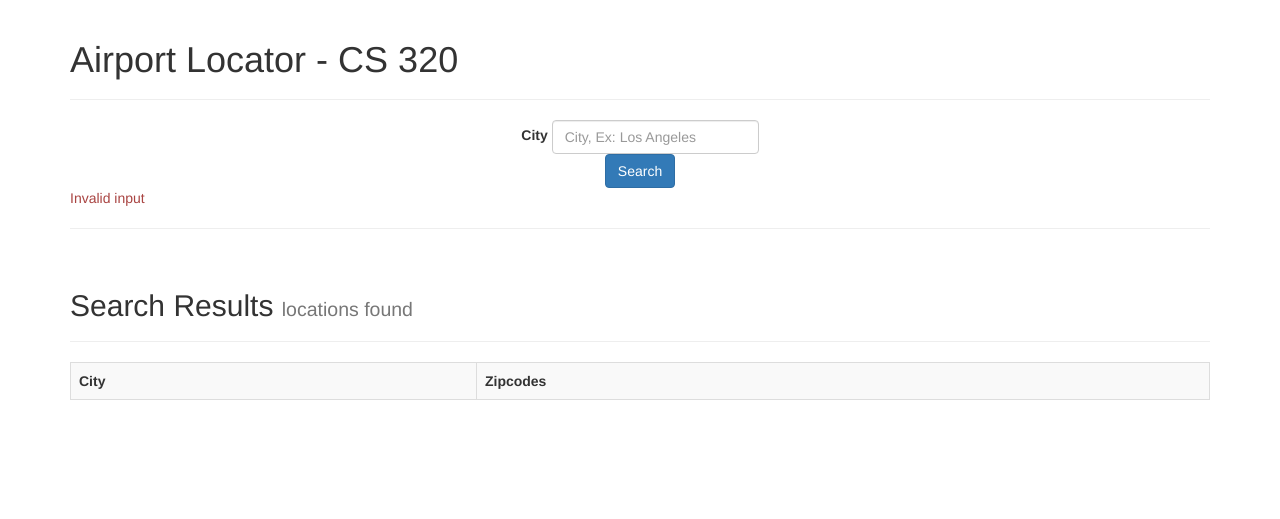
Repository: JamesPatel37/Java-Development-II-III
Page: http://localhost/CS320/ALView.jsp
These files come from the project's save history. The page is drawn as it stood at one moment and after the next save; the edit follows.
The browser window is 1280 px wide. The pictures show the whole page.
The page is served by Tomcat 9. The template is opened directly, without the code that normally fills it, so the values that code supplies are empty.

Above is the page before, as saved 2015-06-14 20:40:35.

After the next save:
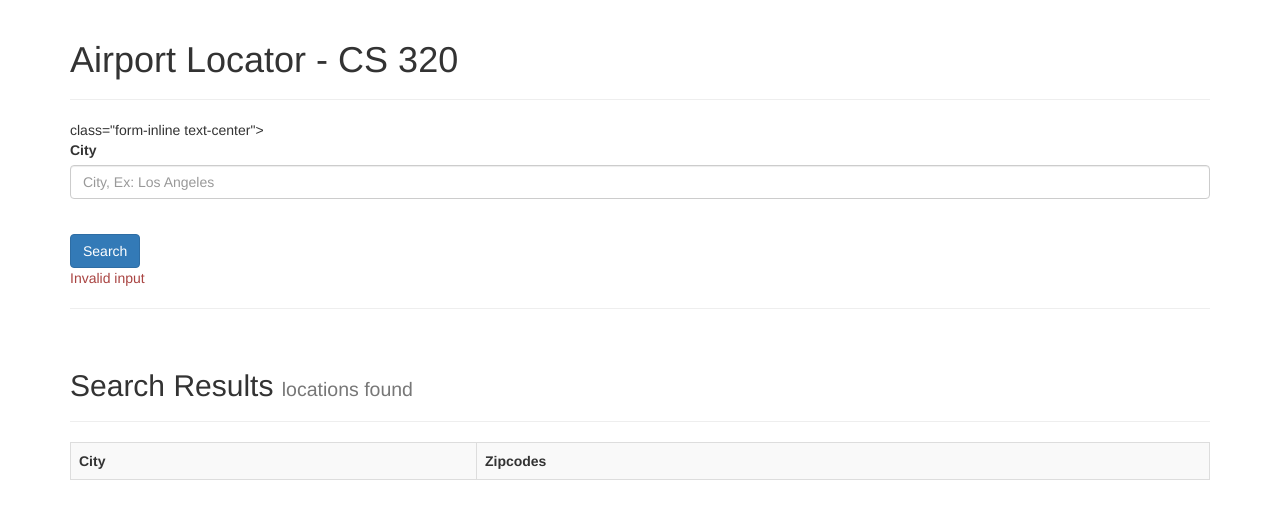
Saved 73 s later.
--- a/Workspace/CS320/WebContent/ALView.jsp
+++ b/Workspace/CS320/WebContent/ALView.jsp
@@ -31,7 +31,7 @@
 			</h1>
 		</div>
 
-		<form action="AirportLocator" method="get"
+		<form action="AirportLocator" method="get">
 			class="form-inline text-center">
 			<!-- div class="form-group">
 				<label for="zip">Zipcode</label> <input type="text"

After the save that followed:
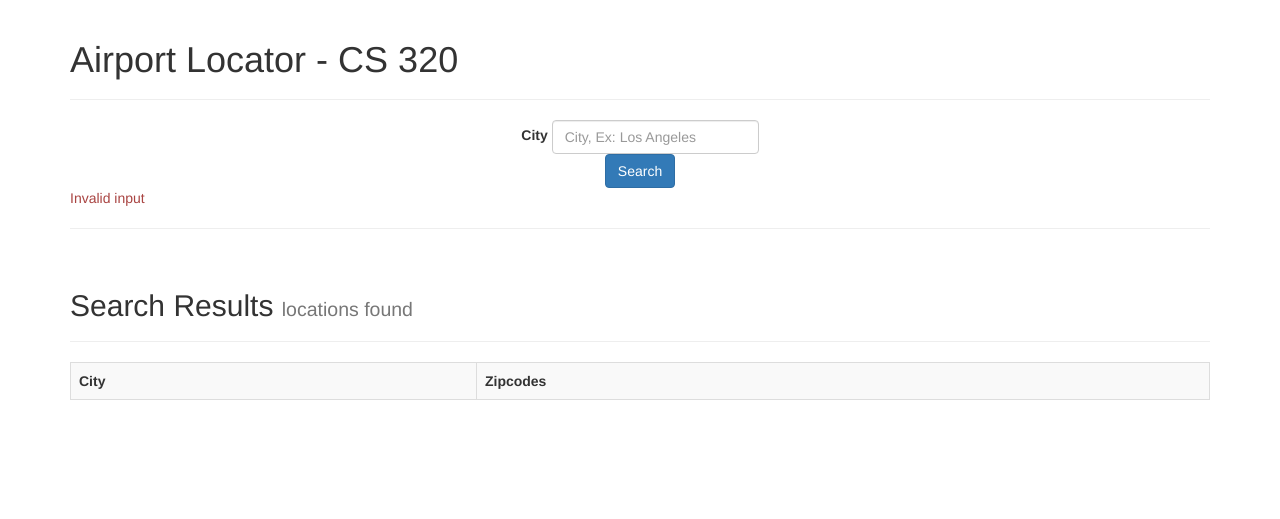
Saved 27 s later.
--- a/Workspace/CS320/WebContent/ALView.jsp
+++ b/Workspace/CS320/WebContent/ALView.jsp
@@ -31,7 +31,7 @@
 			</h1>
 		</div>
 
-		<form action="AirportLocator" method="get">
+		<form action="AirportLocator" method="get"
 			class="form-inline text-center">
 			<!-- div class="form-group">
 				<label for="zip">Zipcode</label> <input type="text"
